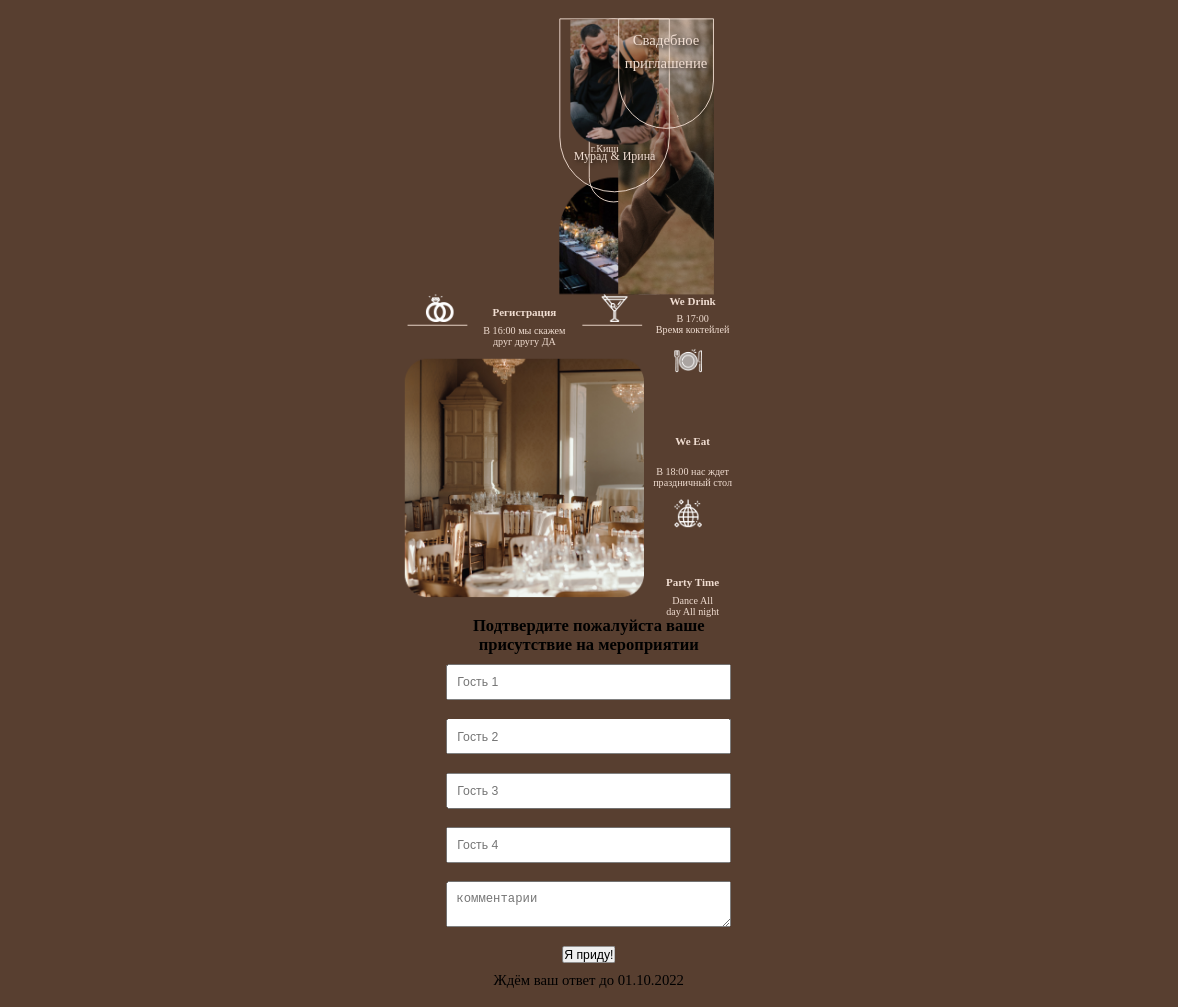
Repository: Anthony8845/wedding_invitation
Page: index.html
The author's editor kept a copy of each file at every save. The page is drawn from the files as they stood at one save, then again after the next save.
The browser window is 1280 px wide. The pictures show the whole page, at 92% of full size.

Above is the page before, as saved 2022-07-29 20:00:47.

### index.html
<!DOCTYPE html>
<html lang="en">
<head>
    <meta charset="UTF-8">
    <meta http-equiv="X-UA-Compatible" content="IE=edge">
    <meta name="viewport" content="width=device-width, user-scalable=yes">
    <link rel="stylesheet" href="./style.css">
    <!-- <script src="./script.js"></script> -->
    <title>Приглашение на свадьбу</title>
</head>
<body>

    <div class="invitation">
        <div class="info">
            <div class="info_block">
                <div class="info_border">
                    <div class="info_img-u"></div>
                    <div class="info_name">Мурад & Ирина</div>
                </div>
                <div class="info_img-d"></div>
            </div>
            <div class="info_block">
                <div class="block__data">
                    <div class="info_timer"></div>
                    <div class="info_date">
                        <h4>15 Октября 2022</h4>
                        <p>Grand Elysee <br>
                            г.Кишинев</p>
                    </div>
                </div>
            </div>
            <div class="info_block">
                <div class="info_invitation">Свадебное<br>приглашение</div>
                <div class="info_img-r"></div>
            </div>

        </div>
        <div class="timetable">
            <div class="timetable_block">
                <div class="block_icon">
                    <div class="icon_reg icon"></div>
                    <div class="line_icon-d"></div>
                </div>
                <div class="block_reg">
                    <h4>Регистрация</h4>
                    <p>В 16:00 мы скажем <br> друг другу ДА</p>
                </div>
                <div class="block_icon">
                    <div class="icon_drink icon"></div>
                    <div class="line_icon-d"></div>
                </div>

            </div>
            <div class="timetable_block">
                <div class="img_table"></div>
            </div>
            <div class="timetable_block">
                <div class="block_drink">
                    <h4>We Drink</h4>
                    <p>В 17:00<br> Время коктейлей</p>
                </div>
                <div class="block_icon">
                    <div class="icon_eat icon"></div>
                    <div class="line_icon-l"></div>
                </div>

                <div class="block_eat"></div>
                    <h4>We Eat</h4>
                    <p>В 18:00 нас ждет <br> праздничный стол</p>
                    <div class="block_icon">
                        <div class="icon_party icon"></div>
                        <div class="line_icon-l"></div>
                    </div>

                <div class="block_party">
                    <h4>Party Time</h4>
                    <p>Dance All<br> day All night</p>
                </div>
            </div>
        </div>
        <div class="thanks">
            <div></div>
            <div></div>
            <div></div>
        </div>
        <form class="form"  action="mail.php"  method="POST" >
            <h2 class="form__header">Подтвердите пожалуйста ваше присутствие на мероприятии</h2>
            <input class="form__input_item" type="text" name="Guest1" placeholder="Гость 1">
            <input class="form__input_item" type="text" name="Guest2" placeholder="Гость 2">
            <input class="form__input_item" type="text" name="Guest3" placeholder="Гость 3">
            <input class="form__input_item" type="text" name="Guest4" placeholder="Гость 4">
            <textarea class="form__comment" name="Comment" placeholder="комментарии"></textarea>
            <button class="form__btn">Я приду!</button>
        </form>
        <div class="footer">Ждём ваш ответ до 01.10.2022</div>
    </div>
</body>
</html>

### style.css
* {
    box-sizing: border-box;
    margin: 0;
    padding: 0;
}

body{
    display: flex;
    justify-content: center;
    padding: 20px 0;
    background-color: rgb(88, 63, 48);
}



.invitation {
    width: 400px;
    display: flex;
    flex-direction: column;
    align-items: center;
}
.info {

    color: rgb(240, 221, 209);
    display: flex;
    justify-content: center;
    align-items: center;
    text-align: center;
    text-shadow: 2px 2px 4px rgb(44, 32, 24);
    /* margin: 10px 3% 30px 3%; */
}
.info_block {
    margin-left: 1rem;
    width: 1rem;
    height: 300px;

}
.info_border {
    width: 120px;
    position: absolute;
    border: 1px solid rgb(240, 221, 209);
    padding-bottom: 30px;
    border-radius: 0 0 60px 60px;

}
.info_img-u {
    width: 103px;
    height: 136px;
    background: url(./img/IMG_2.png) no-repeat;
    margin-left: auto;
    margin-right: auto;
    width: 6em;
    margin-bottom: 5px;


}
.info_name {
    font-size: 13px;
}
.info_img-d {
    margin-top: 173px;
    width: 120px;
    height: 127px;
    background: url(./img/Image.png) no-repeat;
}

.info_img-r {
    width: 104px;
    height: 300px;
    background: url(./img/IMG_104-300.png);
}

.block__data {
    display: table-cell;
    vertical-align: middle;
    width: 120px;
    height: 200px;
    border: 1px solid rgb(240, 221, 209);
    border-radius: 55px;
}


.info_timer {

}

.info_date {
    font-size: 11px;
}
.info_date h4 {
    font-size: 13px;
    padding-bottom: 10px;
}

.info_invitation{
    width: 104px;
    height: 120px;
    position: absolute;
    border: 1px solid rgb(240, 221, 209);
    border-radius: 0 0 60px 60px;
    padding-top: 10px;
    line-height: 25px;
}

.icon {
    width: 30px;
    height: 30px;
}

.block_icon{
    padding: 0 0 0 23px;
    width: 70px;
    height: 70px;
}

.line_icon-d{
    width: 65px;
    position: relative;
    right: 20px;
    padding-top: 3px;
    border-bottom: 1px solid rgb(240, 221, 209);
}
.line_icon-l{

}

.timetable {
    margin-right: 80px;
    font-size: 11px;
    color: rgb(240, 221, 209);
    max-width: 390px;
    height: 350px;
    display: flex;
    flex-direction: column;
    flex-wrap: wrap;

}
.timetable_block {
    text-align: center;
    max-width: 260px;
    display: flex;
    justify-content: space-between;
}

.timetable_block:last-child {
    margin-left: 10px;
    height: 350px;
    display: flex;
    flex-direction: column;
    /* justify-content: space-between; */
}

.timetable_block h4 {
    font-size: 12px;
    padding-bottom: 5px;
}

.icon_reg {

    background: url(./img/wedding-rings.png) no-repeat ;
    background-size: contain;
}
.block_reg {
   padding-top: 5%;
}
.icon_drink {

    background: url(./img/martini.png) no-repeat;
    background-size: contain;
}
.img_table {
    width: 260px;
    height: 259px;
    background: url(./img/interior.png);
}
.block_drink {
}
.icon_eat {
    background: url(./img/dish.png) no-repeat;
    background-size: contain;
}
.block_eat {
}
.icon_party {
    background: url(./img/mirror-ball.png);
    background-size: contain;
}
.block_party {
}





.form {

    text-align: center;
    margin: 0 10%;

    display: flex;
    flex-direction: column;

}

.form::after {
    content: '';
    position: absolute;
    top: 0;
    left: 0;
    width: 100%;
    height: 100%;
    background: #767676 url(./img/heart.gif) center /50px no-repeat;
    opacity: 0;
    visibility: hidden;
}

.form._sending::after {
    opacity: 0.8;
    visibility: visible;
}


.form__header {
    font-size: 18px;
}

.form__input_item {
    margin: 10px 5px;
    padding: 10px 10px;

}

.form__comment {
    padding: 10px 10px;
    margin: 10px 5px;
    resize: vertical;
    height: 50px;
}

.form__btn {
    margin: 0 auto;
    margin-top: 10px;
    max-width: 70px;
}

.footer {
    margin-top: 10px;
    text-align: center;
}

After the next save:
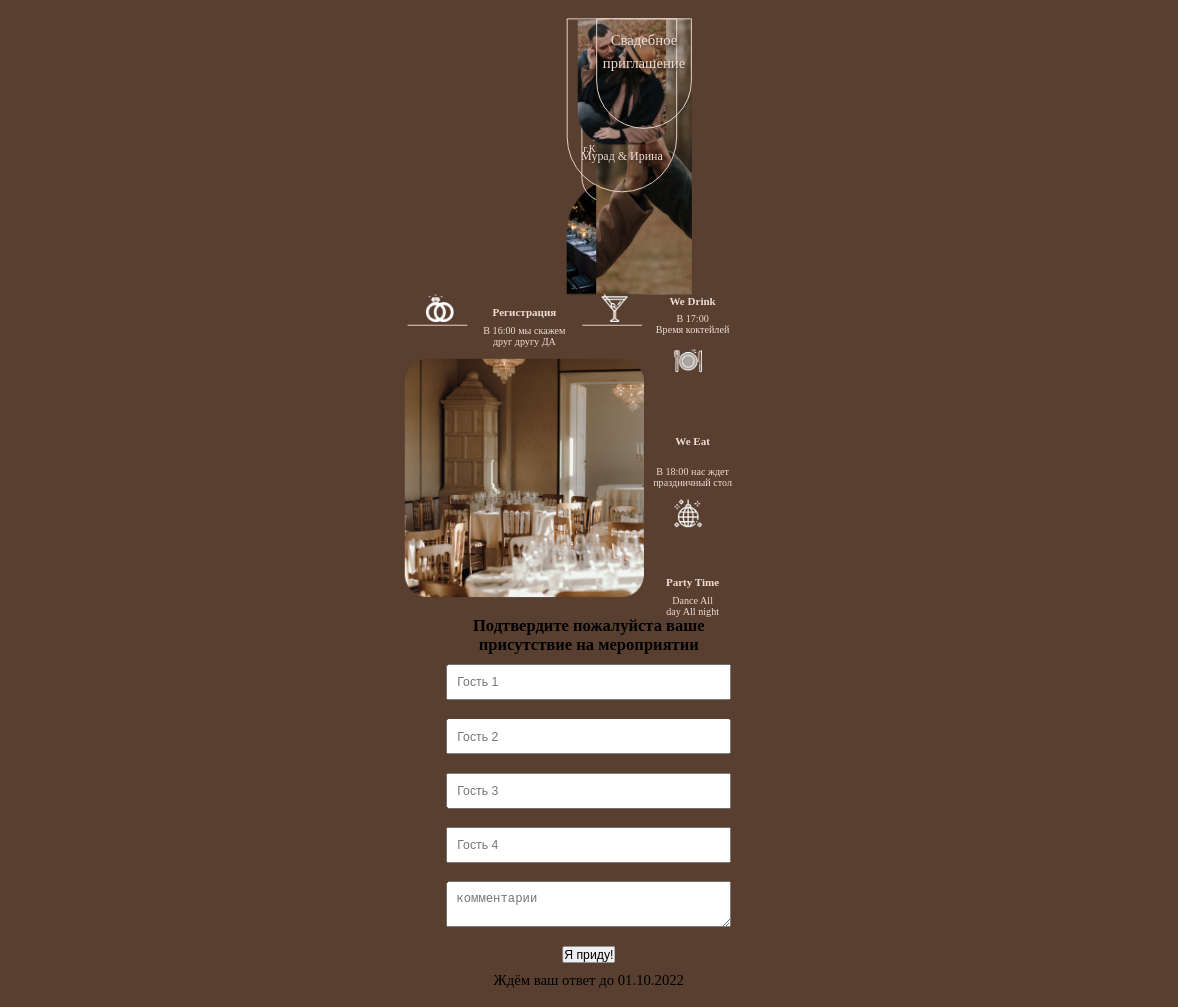
Saved 8 s later.
--- a/style.css
+++ b/style.css
@@ -30,7 +30,7 @@ body{
     /* margin: 10px 3% 30px 3%; */
 }
 .info_block {
-    margin-left: 1rem;
+    /* margin-left: 1rem; */
     width: 1rem;
     height: 300px;
 
